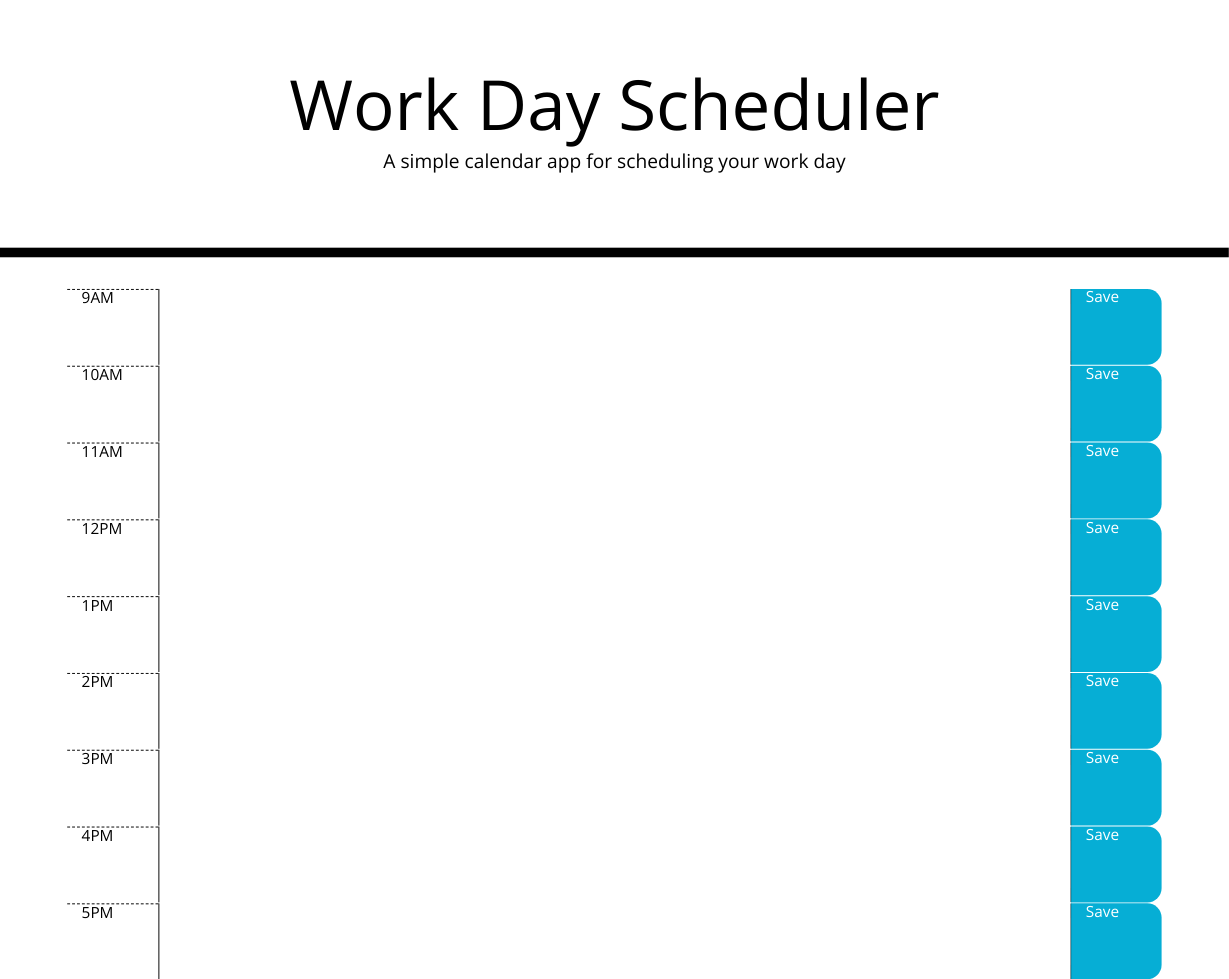
Repository: RussianDuck/date-night-dilemmas
Page: index.html
The author's editor kept a copy of each file at every save. The page is drawn from the files as they stood at one save, then again after the next save.
The browser window is 1280 px wide. The pictures show the whole page, at 96% of full size.
The page's requests for data from a server got no answer. Some web libraries are served in a nearby version.

Above is the page before, as saved 2022-06-30 18:43:15.

### index.html
<!DOCTYPE html>
<html lang="en">

<head>
  <meta charset="UTF-8" />
  <meta name="viewport" content="width=device-width, initial-scale=1.0" />
  <meta http-equiv="X-UA-Compatible" content="ie=edge" />
  <link rel="stylesheet" href="https://stackpath.bootstrapcdn.com/bootstrap/4.3.1/css/bootstrap.min.css" />
  <link rel="stylesheet" href="https://use.fontawesome.com/releases/v5.8.1/css/all.css"
    integrity="sha384-50oBUHEmvpQ+1lW4y57PTFmhCaXp0ML5d60M1M7uH2+nqUivzIebhndOJK28anvf" crossorigin="anonymous" />
  <link href="https://fonts.googleapis.com/css?family=Open+Sans&display=swap" rel="stylesheet" />
  <link rel="stylesheet" href="./assets/style.css" />
  <title>Work Day Scheduler</title>
</head>

<body>
  <header class="jumbotron">
    <h1 class="display-3">Work Day Scheduler</h1>
    <p class="lead">A simple calendar app for scheduling your work day</p>
    <p id="currentDay" class="lead"></p>
  </header>
  <section class="container">
    <div class="row">
      <div class="col-md-1 hour">9AM</div>
      <textarea class="col-md-10 time-block"></textarea>
      <div class="col-md-1 saveBtn">Save</div>
    </div>
    <div class="row">
      <div class="col-md-1 hour" style="background-color:white;">10AM</div>
      <textarea class="col-md-10 time-block"></textarea>
      <div class="col-md-1 saveBtn">Save</div>
    </div>

    <div class="row">
      <div class="col-md-1 hour" style="background-color:white;">11AM</div>
      <textarea class="col-md-10 time-block"></textarea>
      <div class="col-md-1 saveBtn">Save</div>
    </div>

    <div class="row">
      <div class="col-md-1 hour" style="background-color:white;">12PM</div>
      <textarea class="col-md-10 time-block"></textarea>
      <div class="col-md-1 saveBtn">Save</div>
    </div>

    <div class="row">
      <div class="col-md-1 hour" style="background-color:white;">1PM</div>
      <textarea class="col-md-10 time-block"></textarea>
      <div class="col-md-1 saveBtn">Save</div>
    </div>

    <div class="row">
      <div class="col-md-1 hour" style="background-color:white;">2PM</div>
      <textarea class="col-md-10 time-block"></textarea>
      <div class="col-md-1 saveBtn">Save</div>
    </div>

    <div class="row">
      <div class="col-md-1 hour" style="background-color:white;">3PM</div>
      <textarea class="col-md-10 time-block"></textarea>
      <div class="col-md-1 saveBtn">Save</div>
    </div>

    <div class="row">
      <div class="col-md-1 hour" style="background-color:white;">4PM</div>
      <textarea class="col-md-10 time-block"></textarea>
      <div class="col-md-1 saveBtn">Save</div>
    </div>

    <div class="row">
      <div class="col-md-1 hour" style="background-color:white;">5PM</div>
      <textarea class="col-md-10 time-block"></textarea>
      <div class="col-md-1 saveBtn">Save</div>
    </div>
  </section>

  <script src="https://code.jquery.com/jquery-3.4.1.min.js"></script>
  <script src="https://cdnjs.cloudflare.com/ajax/libs/moment.js/2.24.0/moment.min.js"></script>
  <script src="./assets/script.js"></script>
</body>

</html>

### assets/style.css
body {
    font-family: 'Open Sans', sans-serif;
    font-size: 16px;
    line-height: 1;
  }

  textarea{
    background: transparent;
    border: none;
    resize: none;
    color: #000000;
    border-left: 1px solid black;
    padding: 10px;
  }

  .jumbotron {
    text-align: center;
    background-color: transparent;
    color: black;
    border-radius: 0;
    border-bottom: 10px solid black;
  }

  .description{
    white-space: pre-wrap;
  }

  #currentDay{
    font-size: 30px;
  }

  .time-block{
    text-align: center;
    /* border-radius: 15px; */
  }

  .row {
    white-space: pre-wrap;
    height: 80px;
    border-top: 1px solid white;;
  }

  .hour {
    background-color: #ffffff;
    color: #000000;
    border-top: 1px dashed #000000;
  }

  .past {
    background-color: #d3d3d3;
    /* color: white; */
  }

  .present {
    background-color: #ff6961;
    /* color: white; */
  }

  .future {
    background-color: #77dd77;
    /* color: white; */
  }

  .saveBtn {
    border-left: 1px solid black;
    border-top-right-radius: 15px;
    border-bottom-right-radius: 15px;
    background-color: #06AED5;
    color: white;
  }

  .saveBtn i:hover {
    font-size: 20px;
    transition: all .3s ease-in-out;
  }

### assets/script.js
// Javascript file for Project 1
var imdbApiKey = 'k_td78lkkw';

var omdbUrl = 'https://www.omdbapi.com/';
var omdbApiKey = '?apikey=f40119aa';
var omdbTitle = '&t=Nope';
var omdbYear = '&y=2022';
var omdbPlot = '&plot=full';

// var requestURL = omdbUrl+omdbApiKey+omdbTitle+omdbYear+omdbPlot;
var requestURL = 'http://www.omdbapi.com/?apikey=f40119aa&t=Top+Gun%3A+Maverick&y=2022&plot=full'

function getAPI(){
fetch(requestURL)
    .then(function (response) {
      return response.json();
    })
    .then(function (data) {
      // Use the console to examine the response
      console.log(data);
      //data.forEach(result => {
      //for(var i = 0; i<data.length; i++) {
        console.log('Title: ' + data.Title);
        console.log('Year: ' + data.Year);
        console.log('Rated: ' + data.Rated);
        console.log('Genre: ' + data.Genre);
      //};
    });
}

getAPI();

After the next save:
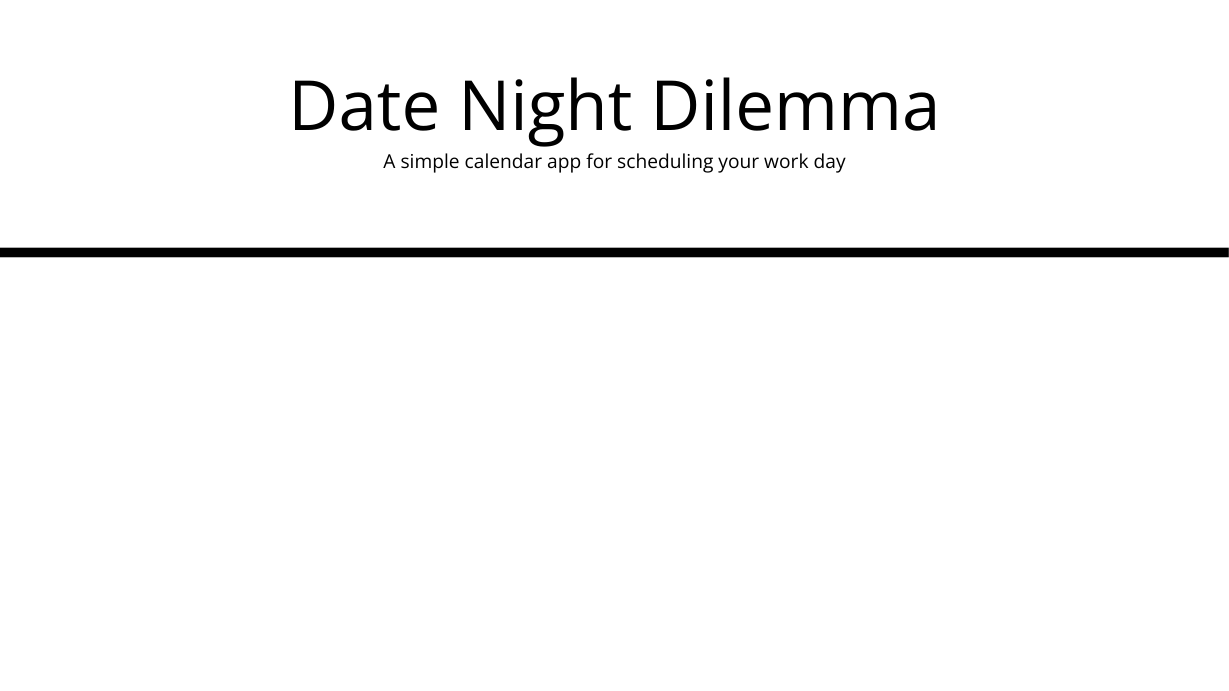
Saved 16 min 28 s later.
--- a/index.html
+++ b/index.html
@@ -15,63 +15,12 @@
 
 <body>
   <header class="jumbotron">
-    <h1 class="display-3">Work Day Scheduler</h1>
+    <h1 class="display-3">Date Night Dilemma</h1>
     <p class="lead">A simple calendar app for scheduling your work day</p>
     <p id="currentDay" class="lead"></p>
   </header>
   <section class="container">
-    <div class="row">
-      <div class="col-md-1 hour">9AM</div>
-      <textarea class="col-md-10 time-block"></textarea>
-      <div class="col-md-1 saveBtn">Save</div>
-    </div>
-    <div class="row">
-      <div class="col-md-1 hour" style="background-color:white;">10AM</div>
-      <textarea class="col-md-10 time-block"></textarea>
-      <div class="col-md-1 saveBtn">Save</div>
-    </div>
 
-    <div class="row">
-      <div class="col-md-1 hour" style="background-color:white;">11AM</div>
-      <textarea class="col-md-10 time-block"></textarea>
-      <div class="col-md-1 saveBtn">Save</div>
-    </div>
-
-    <div class="row">
-      <div class="col-md-1 hour" style="background-color:white;">12PM</div>
-      <textarea class="col-md-10 time-block"></textarea>
-      <div class="col-md-1 saveBtn">Save</div>
-    </div>
-
-    <div class="row">
-      <div class="col-md-1 hour" style="background-color:white;">1PM</div>
-      <textarea class="col-md-10 time-block"></textarea>
-      <div class="col-md-1 saveBtn">Save</div>
-    </div>
-
-    <div class="row">
-      <div class="col-md-1 hour" style="background-color:white;">2PM</div>
-      <textarea class="col-md-10 time-block"></textarea>
-      <div class="col-md-1 saveBtn">Save</div>
-    </div>
-
-    <div class="row">
-      <div class="col-md-1 hour" style="background-color:white;">3PM</div>
-      <textarea class="col-md-10 time-block"></textarea>
-      <div class="col-md-1 saveBtn">Save</div>
-    </div>
-
-    <div class="row">
-      <div class="col-md-1 hour" style="background-color:white;">4PM</div>
-      <textarea class="col-md-10 time-block"></textarea>
-      <div class="col-md-1 saveBtn">Save</div>
-    </div>
-
-    <div class="row">
-      <div class="col-md-1 hour" style="background-color:white;">5PM</div>
-      <textarea class="col-md-10 time-block"></textarea>
-      <div class="col-md-1 saveBtn">Save</div>
-    </div>
   </section>
 
   <script src="https://code.jquery.com/jquery-3.4.1.min.js"></script>
